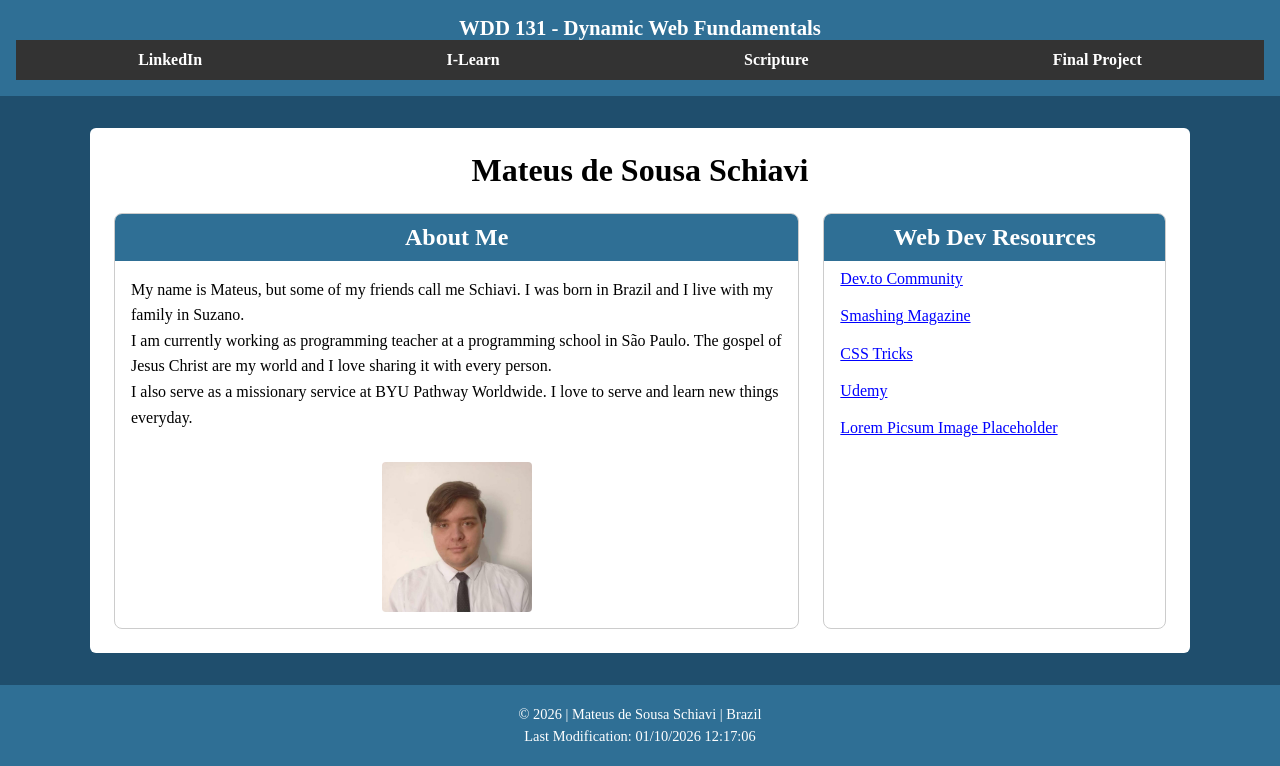
Repository: mateus-schiavi/wdd131
Page: index.html
These files come from the project's save history. The page is drawn as it stood at one moment and after the next save; the edit follows.
The browser window is 1280 px wide. The pictures show the whole page.
Some web fonts or font styles are not loaded; a fallback is used.

Above is the page before, as saved 2026-01-10 15:11:11.

### index.html
<!DOCTYPE html>
<html lang="en">

<head>
    <script src="./scripts/getdates.js" defer></script>
    <meta charset="UTF-8">
    <meta name="viewport" content="width=device-width, initial-scale=1.0">
    <meta name="author" content="Mateus de Sousa Schiavi">
    <meta name="description"
        content="Personal homepage for WDD 131 – Dynamic Web Fundamentals, featuring information about Mateus de Sousa Schiavi and useful web development resources.">
    <title>WDD 131 - Dynamic Web Fundamentals - Mateus de Sousa Schiavi</title>
    <link rel="stylesheet" href="./styles/base.css">
    <link rel="preconnect" href="https://fonts.googleapis.com">
    <link rel="preconnect" href="https://fonts.gstatic.com" crossorigin>
    <link href="https://fonts.googleapis.com/css2?family=Ancizar+Serif:ital,wght@0,300..900;1,300..900&display=swap"
        rel="stylesheet">
</head>

<body>
    <header>
        <span id="course-title">WDD 131 - Dynamic Web Fundamentals</span>
        <nav>
            <a href="https://www.linkedin.com/in/mateus-de-sousa-schiavi/" target="_blank">LinkedIn</a>
            <a href="https://byupw.instructure.com/" target="_blank">I-Learn</a>
            <a href="https://www.churchofjesuschrist.org/study/scriptures/nt/matt/24?lang=eng&id=p14#p14"
                target="_blank">Scripture</a>
            <a href="#">Final Project</a>
        </nav>
    </header>
    <main>
        <h1>Mateus de Sousa Schiavi</h1>
        <section class="card">
            <h2>About Me</h2>
            <p>
                My name is Mateus, but some of my friends call me Schiavi. I was born in Brazil and I live with my
                family in Suzano. <br>
                I am currently working as programming teacher at a programming school in São Paulo. The gospel of Jesus
                Christ are my world and I love sharing it with every person. <br>
                I also serve as a missionary service at BYU Pathway Worldwide. I love to serve and learn new things
                everyday.
            </p>
            <img src="./images/profile.jpg" alt="profile picture">
        </section>
        <section class="card">
            <h2>Web Dev Resources</h2>
            <a href="https://dev.to/" target="_blank">Dev.to Community</a>
            <a href="https://www.smashingmagazine.com/" target="_blank">Smashing Magazine</a>
            <a href="https://css-tricks.com/" target="_blank">CSS Tricks</a>
            <a href="https://www.udemy.com/mobile/ipad/?persist_locale=&locale=en_US" target="_blank">Udemy</a>
            <a href="#">Lorem Picsum Image Placeholder</a>
        </section>
    </main>
    <footer>
        <p>
            <span id="currentYear"></span>
        </p>
        <p id="lastModified">Last Modification</p>
    </footer>
</body>

</html>

### scripts/getdates.js
const currentYear = new Date().getFullYear();

document.getElementById("currentYear").textContent = `© ${currentYear} | Mateus de Sousa Schiavi | Brazil`;

const lastModifiedDate = document.lastModified;

document.getElementById("lastModified").textContent = `Last Modification: ${lastModifiedDate}`;

### styles/base.css
* {
    margin: 0;
    padding: 0;
    box-sizing: border-box;
}

:root {
    --blue-dark: #1f4e6d;
    --blue-medium: #2f6f95;
    --gray-dark: #333;
    --gray-light: #f4f4f4;
    --border-color: #ccc;
    --white: #ffffff;
}

body {
    font-family: "Ancizar Serif", serif;
    background-color: var(--blue-dark);
    color: #000;
}

header {
    background-color: var(--blue-medium);
    color: var(--white);
    text-align: center;
    padding: 1rem;
}

#course-title {
    display: block;
    font-size: 1.3rem;
    font-weight: bold;
}

nav {
    background-color: var(--gray-dark);
    display: flex;
    justify-content: space-around;
    padding: 0.7rem 0;
}

nav a {
    color: var(--white);
    text-decoration: none;
    font-weight: bold;
}

nav a:hover {
    text-decoration: underline;
}

main {
    background-color: var(--white);
    max-width: 1100px;
    margin: 2rem auto;
    padding: 1.5rem;
    border-radius: 6px;
}

main h1 {
    text-align: center;
    margin-bottom: rem;
}

.card {
    border: 1px solid var(--border-color);
    border-radius: 8px;
    overflow: hidden;
    background-color: var(--white);
}

.card h2 {
    background-color: var(--blue-medium);
    color: var(--white);
    text-align: center;
    padding: 0.6rem;
}

main {
    display: grid;
    grid-template-columns: 2fr 1fr;
    gap: 1.5rem;
}

main h1 {
    grid-column: 1 / -1;
}

.card p {
    padding: 1rem;
    line-height: 1.6;
}

.card img {
    display: block;
    max-width: 150px;
    margin: 1rem auto;
    border-radius: 4px;
}

.card a {
    display: block;
    padding: 0.6rem 1rem;
    color: blue;
}

.card a:hover {
    text-decoration: underline;
}

footer {
    background-color: var(--blue-medium);
    color: var(--white);
    text-align: center;
    padding: 1rem;
    font-size: 0.9rem;
}

footer p {
    margin: 0.3rem 0;
}

After the next save:
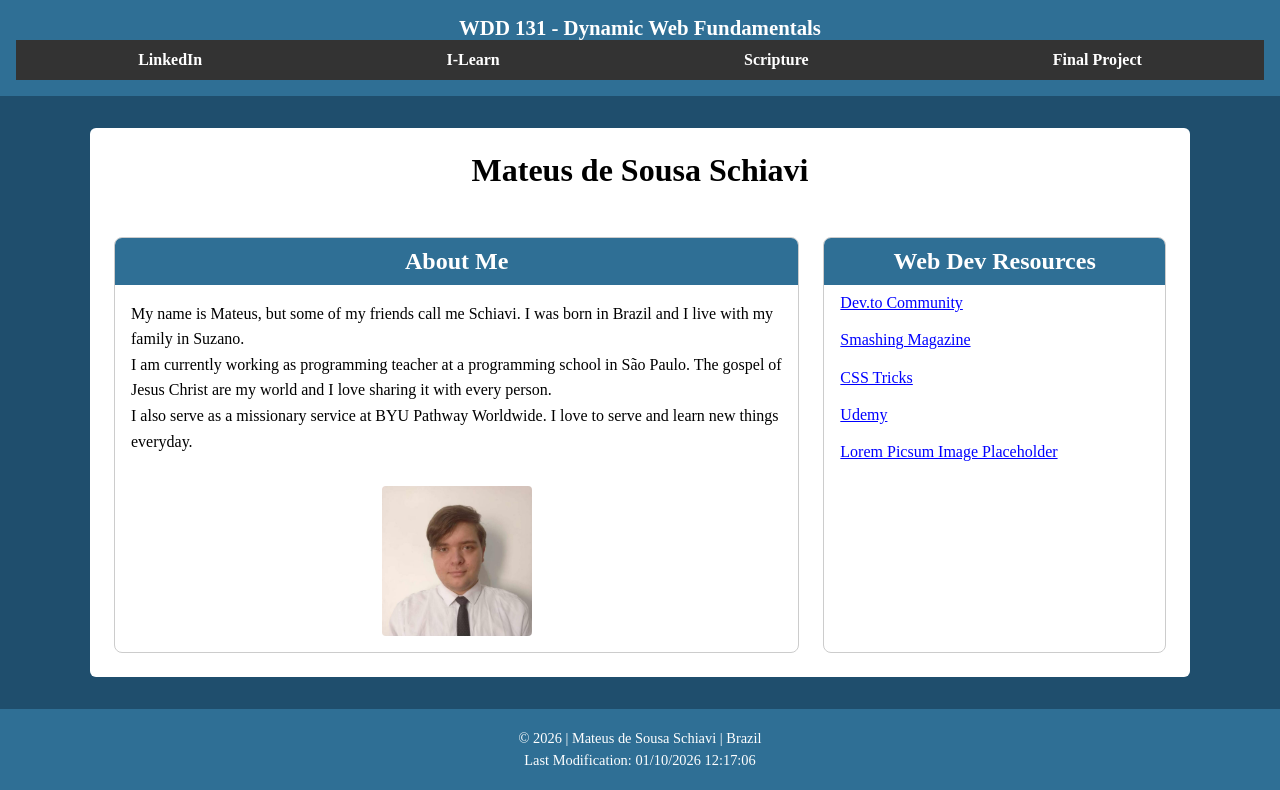
Saved 18 min 22 s later.
--- a/styles/base.css
+++ b/styles/base.css
@@ -59,7 +59,7 @@ main {
 
 main h1 {
     text-align: center;
-    margin-bottom: rem;
+    margin-bottom: 1.5rem;
 }
 
 .card {
